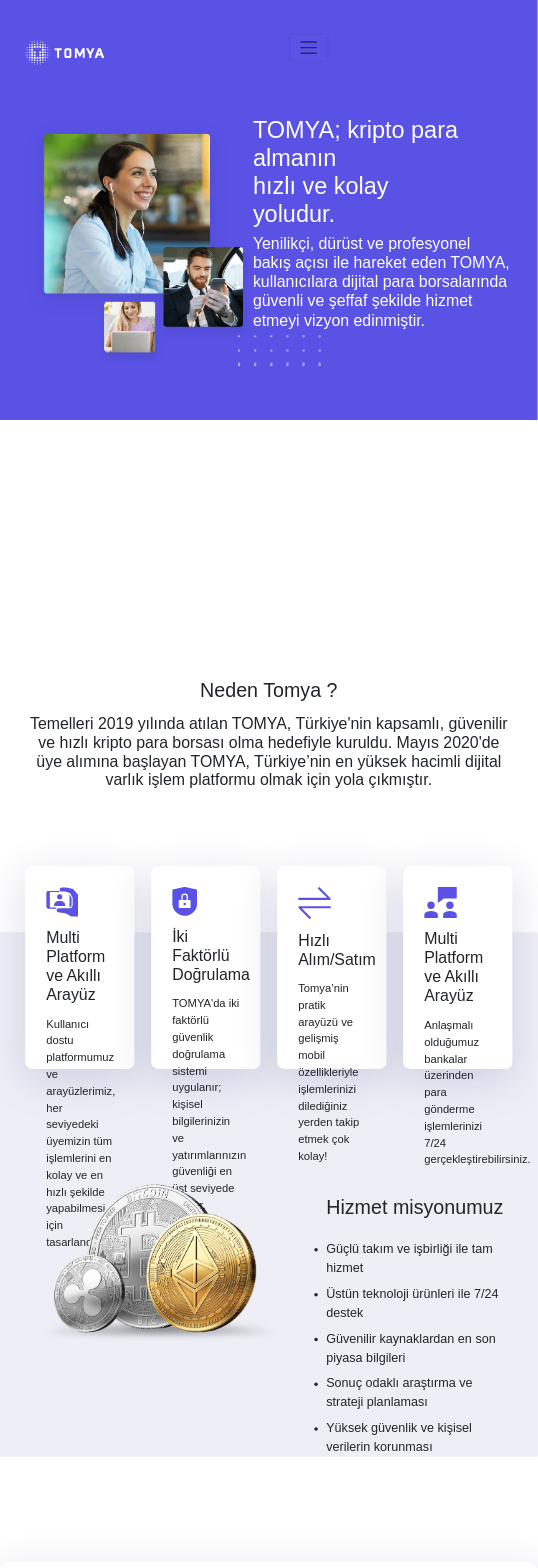
Repository: ezgibayrakli/TomyaProje
Page: index copy.html
The author's editor kept a copy of each file at every save. The page is drawn from the files as they stood at one save, then again after the next save.
The browser window is 768 px wide. The pictures show the part of the page from y = 0 to 2240 px (the page is 5366 px tall), at 70% of full size.
Some web fonts or font styles are not loaded; a fallback is used.

Above is the page before, as saved 2023-07-06 14:55:16.

After the next save:
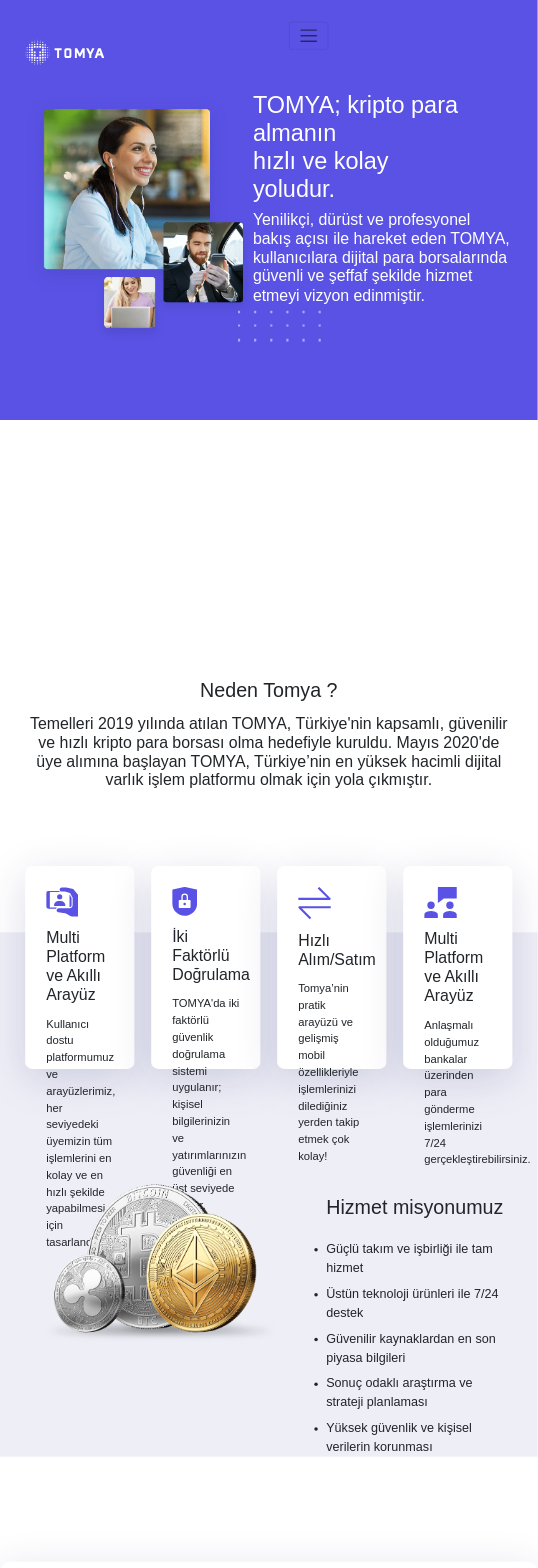
Saved 9 min 30 s later.
--- a/style.css
+++ b/style.css
@@ -285,7 +285,7 @@
 /* Media Screan */
 @media screen and (max-width:990px ){
     .header-logo img{
-       margin-bottom: 35px;
+       /* margin-bottom: 35px; */
     }
     /* tıklandıgızaman acılacak */
     .newMenu{

After the save that followed:
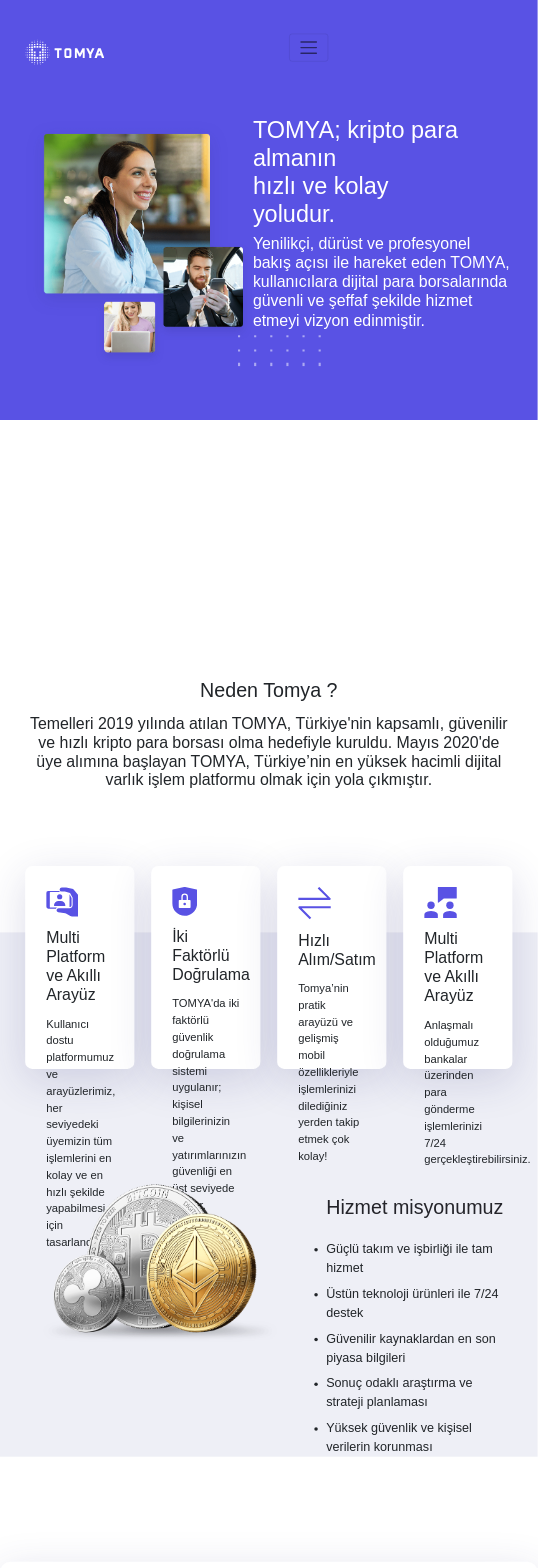
Saved 15 s later.
--- a/style.css
+++ b/style.css
@@ -285,7 +285,7 @@
 /* Media Screan */
 @media screen and (max-width:990px ){
     .header-logo img{
-       /* margin-bottom: 35px; */
+       margin-bottom: 35px;
     }
     /* tıklandıgızaman acılacak */
     .newMenu{
